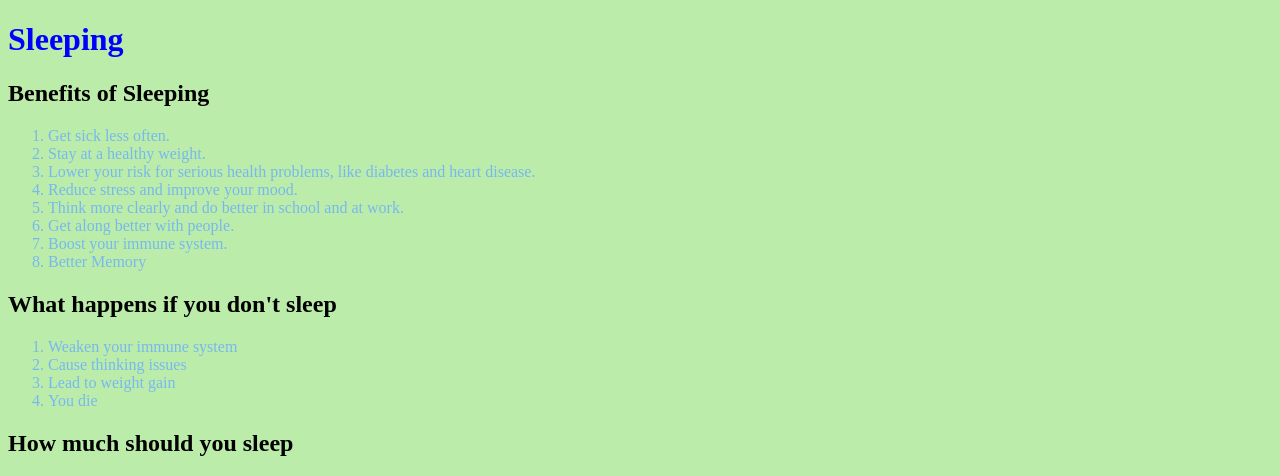
Repository: Darrenyyds/class1
Page: Myhobbies.html
These files come from the project's save history. The page is drawn as it stood at one moment and after the next save; the edit follows.
The browser window is 1280 px wide. The pictures show the part of the page from y = 0 to 476 px (the page is 1126 px tall).
Pictures or frames that could not be fetched are drawn as grey boxes.

Above is the page before, as saved 2023-02-04 15:12:39.

### Myhobbies.html
<!DOCTYPE html>
<html lang="en">
  <head>
    <title>My Hobbies</title>
    <meta charset="UTF-8" />
    <meta name="viewport" content="width=device-width, initial-scale=1" />
    <link href="Myhobbies.css" rel="stylesheet" />
  </head>
  <body>
    <h1>Sleeping</h1>
    <h2>Benefits of Sleeping</h2>
    <ol>
      <li>Get sick less often.</li>
      <li>Stay at a healthy weight.</li>
      <li>
        Lower your risk for serious health problems, like diabetes and heart
        disease.
      </li>
      <li>Reduce stress and improve your mood.</li>
      <li>Think more clearly and do better in school and at work.</li>
      <li>Get along better with people.</li>
      <li>Boost your immune system.</li>
      <li>Better Memory</li>
    </ol>
    <h2>What happens if you don't sleep</h2>
    <ol>
      <li>Weaken your immune system</li>
      <li>Cause thinking issues</li>
      <li>Lead to weight gain</li>
      <li>You die</li>
    </ol>
    <h2>How much should you sleep</h2>
    <div class="graph">
      <div class="graph-shadow"></div>
    </div>
    <p>
      The graph is self-explanatory, if you still can't understand it, please
      contact a mental doctor
    </p>
  </body>
</html>

### Myhobbies.css
Body {
  background-color: rgb(187, 236, 169);
}
.graph {
  background-image: url(https://www.sleepdr.com/wp-content/uploads/2016/11/Sleep-Duration-Guidelines.png);
  width: 80%;
  height: 600px;
  background-repeat: no-repeat;
  background-size: contain;
  z-index: 1;
}

.graph-shadow {
  position: relative;
  z-index: 2;
  width: 68%;
  height: 100%;
  background-color: rgba(204, 228, 160, 0.3);
}

h1 {
  color: blue;
}
p {
  color: rgb(120, 184, 241);
}

ol {
  color: rgb(120, 184, 241);
}

After the next save:
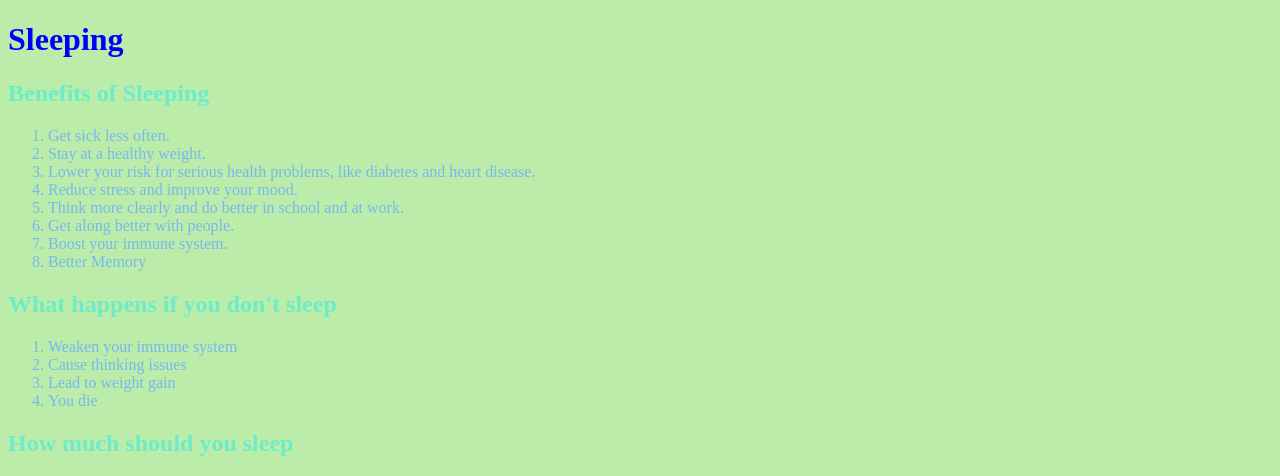
Saved 19 s later.
--- a/Myhobbies.css
+++ b/Myhobbies.css
@@ -28,3 +28,7 @@ p {
 ol {
   color: rgb(120, 184, 241);
 }
+
+h2 {
+  color: rgb(108, 236, 200);
+}
